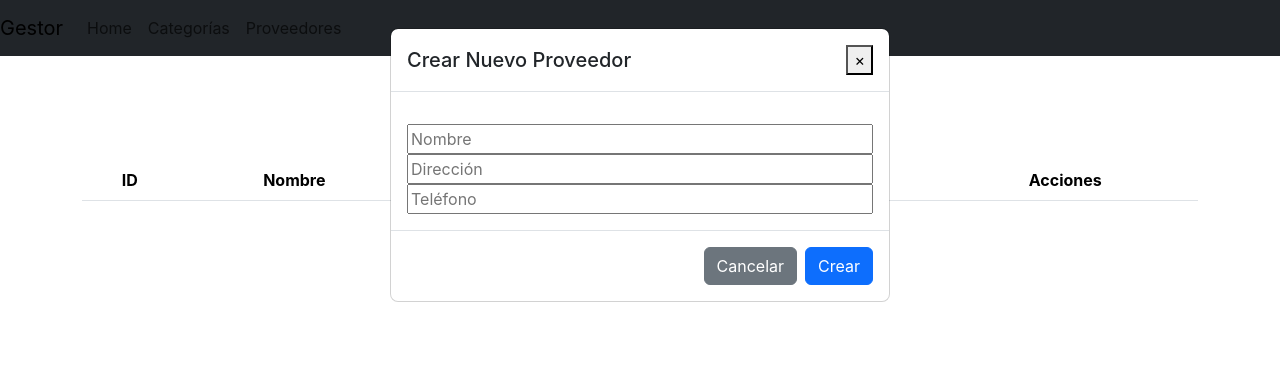
Repository: SantiagoGuaman/gestor-app
Page: /providers, after clicking the first element matching `button`
The author's editor kept a copy of each file at every save. The page is drawn from the files as they stood at one save, then again after a run of saves.
The browser window is 1280 px wide. The pictures show the whole page.
The page's requests for data from a server got no answer. The project was rebuilt for these pictures with package versions that can differ from the ones it lists, and the page was loaded fresh each time. No one was signed in, and anything a server would have sent is missing. Also part of the build but not shown: src/App.css, src/Categories/GetDataCategories.js, src/HomePage/HomePage.js.

Above is the page before, as saved 2024-02-14 11:38:46.

After the next 2 saves:
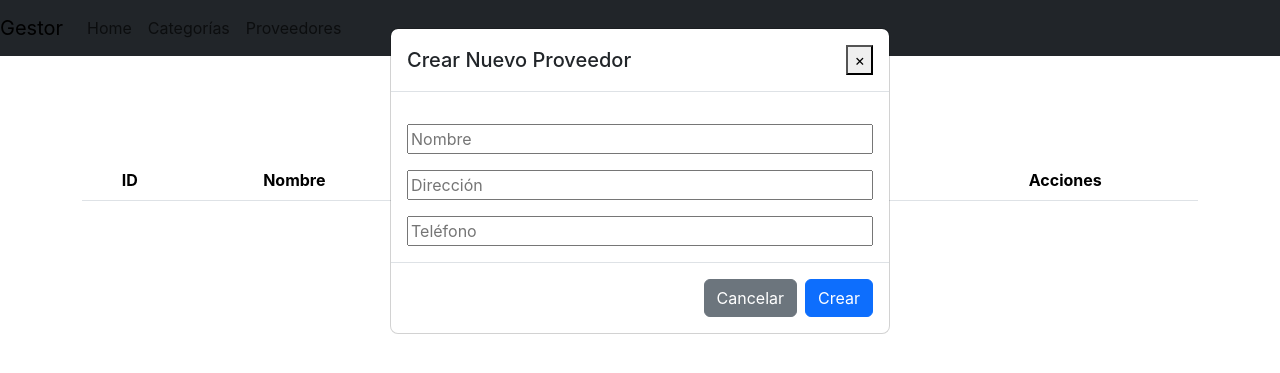
The 2 saves are shown as one change because they came seconds apart.
The last was saved 7 s later.
--- a/src/Proveedores/GetDataProviders.js
+++ b/src/Proveedores/GetDataProviders.js
@@ -156,13 +156,13 @@ function GetDataProviders() {
                                     value={newProveedor.nombre}
                                     onChange={(e) => setNewProveedor({ ...newProveedor, nombre: e.target.value })}
                                 />
-                                <input
+                                <input className='mt-3'
                                     type="text"
                                     placeholder="Dirección"
                                     value={newProveedor.direccion}
                                     onChange={(e) => setNewProveedor({ ...newProveedor, direccion: e.target.value })}
                                 />
-                                <input
+                                <input className='mt-3'
                                     type="text"
                                     placeholder="Teléfono"
                                     value={newProveedor.telefono}
